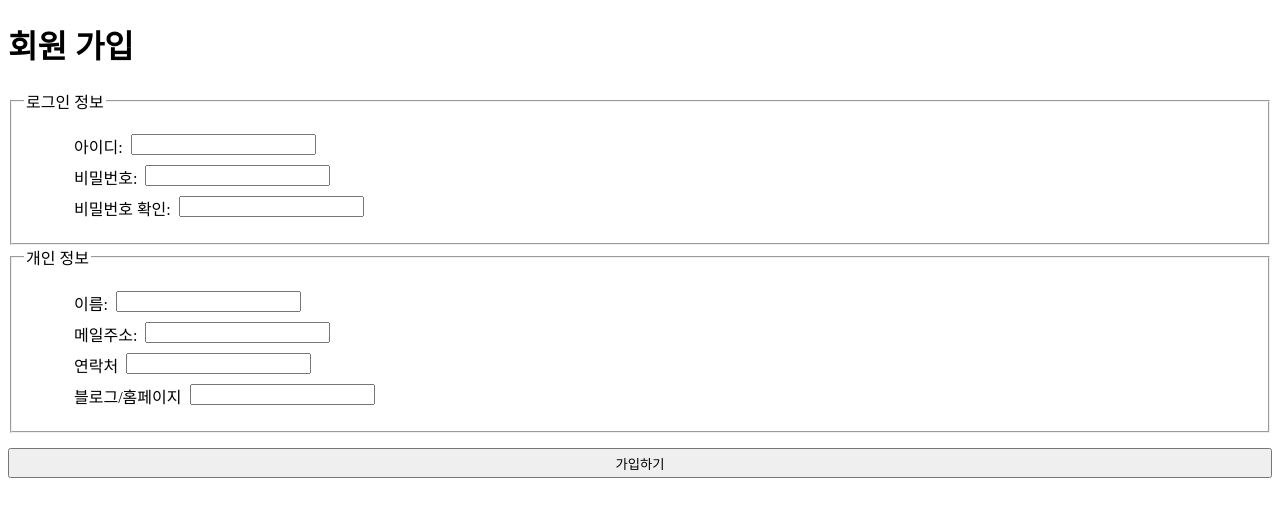
Repository: ygs3004/StudyHTML_CSS
Page: web project 01/src/main/webapp/chapter05/exam05_05_02.html
These files come from the project's save history. The page is drawn as it stood at one moment and after the next save; the edit follows.
The browser window is 1280 px wide. The pictures show the whole page.

Above is the page before, as saved 2022-08-05 03:15:49.

After the next save:
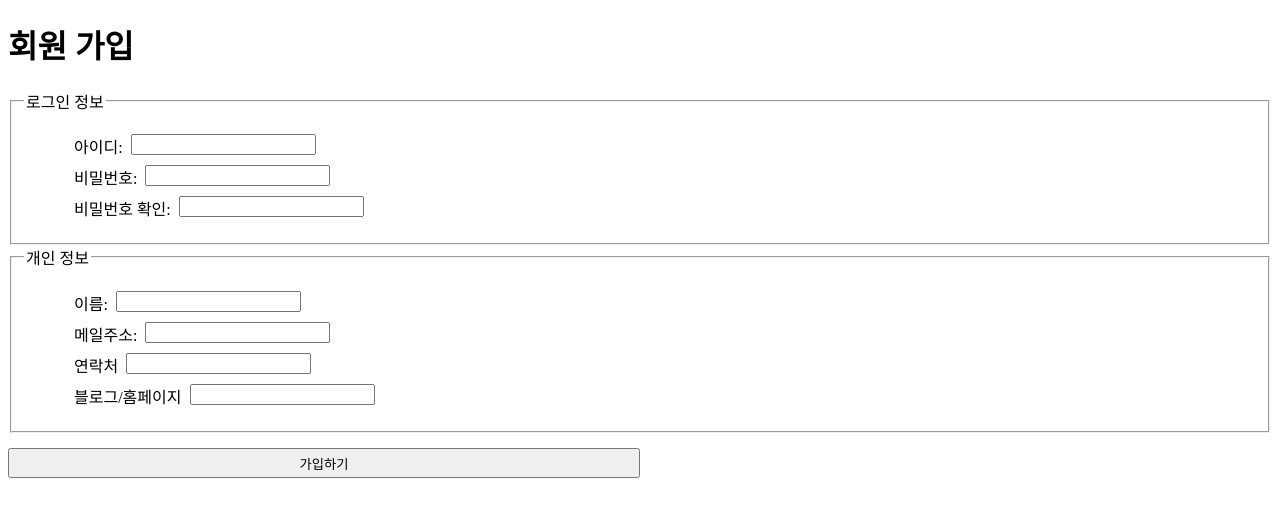
Saved 33 s later.
--- a/web project 01/src/main/webapp/chapter05/exam05_05_02.html
+++ b/web project 01/src/main/webapp/chapter05/exam05_05_02.html
@@ -23,7 +23,7 @@
 
 	input[type="submit"]{
 		text-align : center;
-		width : 100%;
+		width : 50%;
 		height : 30px;
 		margin-top : 15px; /* margin 위치 지정 */
 	}
